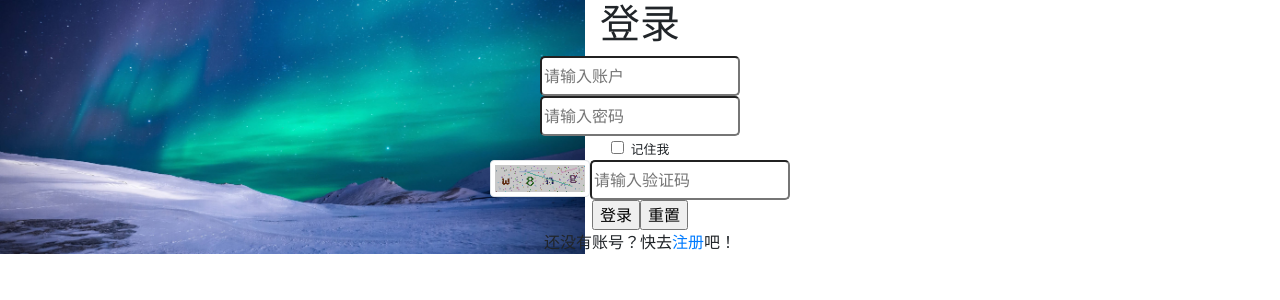
Repository: DHUAVH/Blog
Page: http://localhost/login.php
The author's editor kept a copy of each file at every save. The page is drawn from the files as they stood at one save, then again after the next save.
The browser window is 1280 px wide. The pictures show the whole page.
Some web libraries are served in a nearby version. The page is run by PHP 8.4 with error messages shown; the project is at /var/www/html/.

Above is the page before, as saved 2020-11-29 17:53:29.

After the next save:
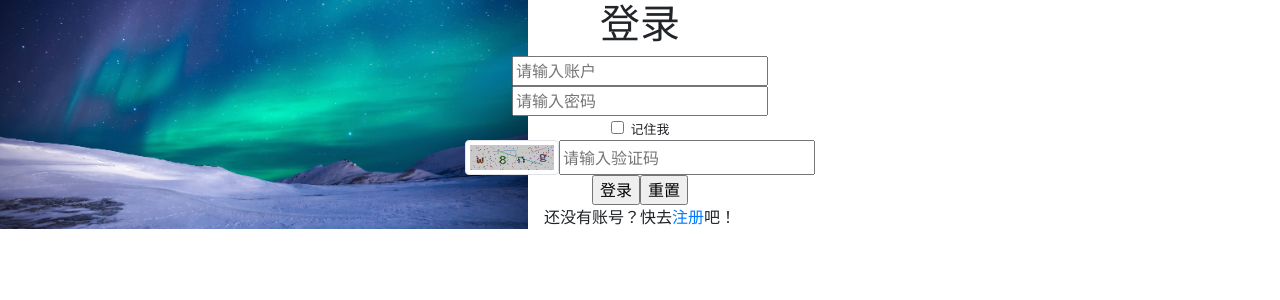
Saved 5 s later.
--- a/CSS/blog.css
+++ b/CSS/blog.css
@@ -19,7 +19,7 @@
     height: 40px;
  }
 
- .login_iradius{
+ .login_input{
     border-radius: 5px;
     position: relative;
     width: 200px;
